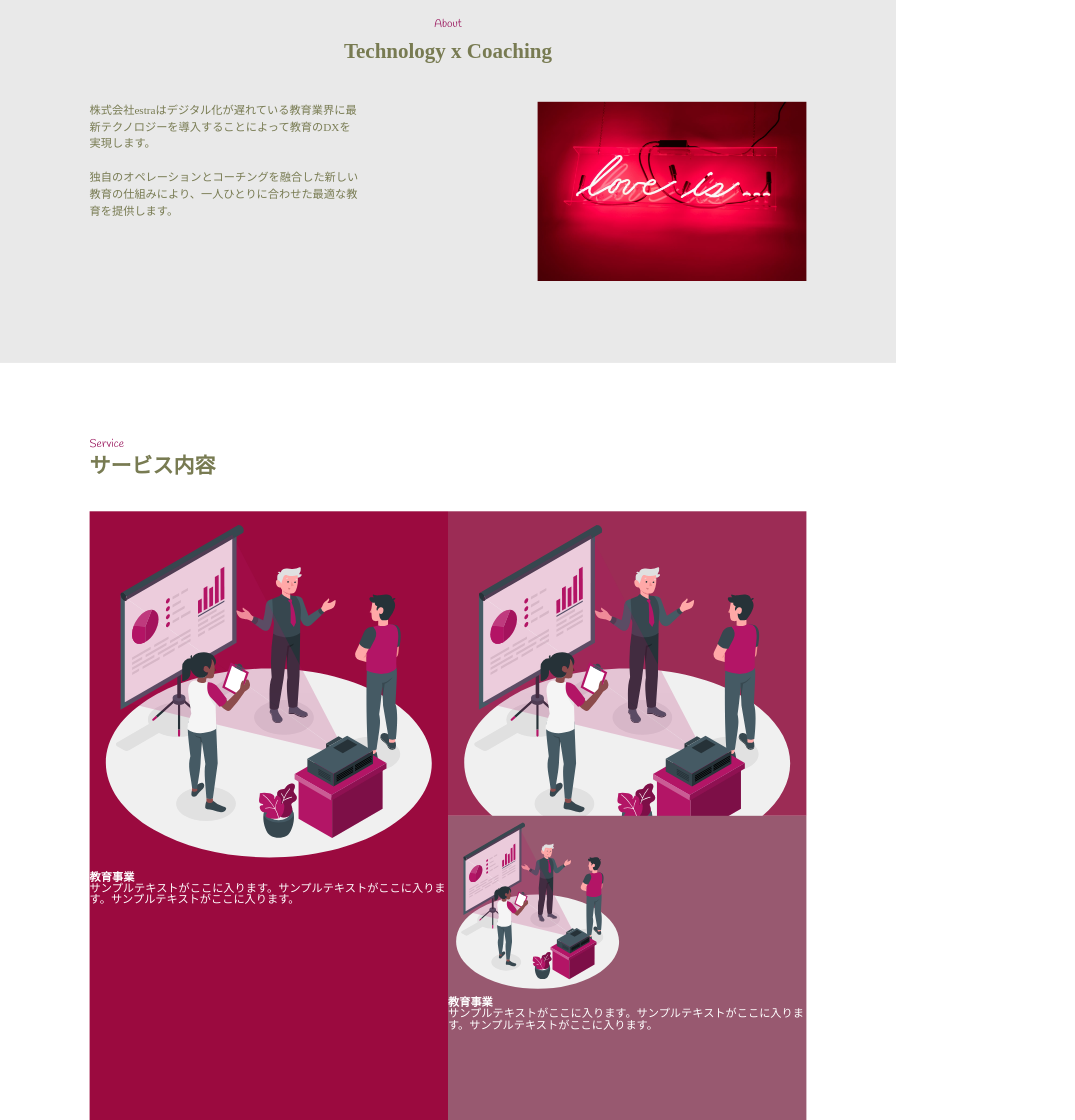
Repository: masanarimiura/20220504miura
Page: index.html
An editor plug-in stored every save of this project. The page is shown before and after the next save, followed by the edit.
The browser window is 1280 px wide. The page is 1536 px wide, so the pictures cover 1536 px, including what lies to the right of the window. The pictures show the part of the page from y = 1189 to 2789 px (the page is 2789 px tall), at 70% of full size.
Some web fonts or font styles are not loaded; a fallback is used.

Above is the page before, as saved 2022-05-04 22:10:46.

### index.html
<!DOCTYPE html>
<html lang="ja">

<head>
  <meta charset="UTF-8">
  <meta http-equiv="X-UA-Compatible" content="IE=edge">
  <meta name="viewport" content="width=device-width, initial-scale=1.0">
  <title>20220504miura</title>
  <link rel="stylesheet" href="css/reset.css">
  <link rel="stylesheet" href="css/style.css">
  <link rel="preconnect" href="https://fonts.googleapis.com">
  <link rel="preconnect" href="https://fonts.gstatic.com" crossorigin>
  <link href="https://fonts.googleapis.com/css2?family=Gochi+Hand&display=swap" rel="stylesheet">
  <link rel="preconnect" href="https://fonts.googleapis.com">
  <link rel="preconnect" href="https://fonts.gstatic.com" crossorigin>
  <link href="https://fonts.googleapis.com/css2?family=Handlee&display=swap" rel="stylesheet">
</head>

<header class="header">
  <div class="header-inner">
    <div class="header-logo">
      <a href="">ssssssss
        <img src="img/estra_logo.png" alt="">
      </a>
    </div>
    <nav class="header-nav">
      <ul class="header-nav-list">
        <li class="header-nav-item"><a href="" class="header-nav-link">
            News
          </a></li>
        <li class="header-nav-item"><a href="" class="header-nav-link">
            About
          </a></li>
        <li class="header-nav-item"><a href="" class="header-nav-link">
            Service
          </a></li>
        <li class="header-nav-item"><a href="" class="header-nav-link">
            Blog
          </a></li>
        <li class="header-nav-item"><a href="" class="header-nav-link">
            Company
          </a></li>
        <li class="header-nav-item"><a href="" class="header-nav-link">
            Contact
          </a></li>
      </ul>
    </nav>
  </div>
</header>
<div class="firstview">
  <img src="img/firstview.jpg" alt="">
  <div class="firstview-inner">
    <h2 class="firstview-ttl">
      Commit to the <span class="firstview-text-emphasis">growth</span> <br>for everone
    </h2>
    <div class="firstview">
      <p class="firstview-text">
        全ての人の<span class="firstview-text-emphasis">成長</span>にコミットする
      </p>
      <p class="firstview-en">
        Educational Technology Company <br>estra inc 2019
      </p>
    </div>
  </div>
</div>
<div class="news">
  <p class="news-icon icon">News</p>
  <h2 class="news-ttl">新着情報
  </h2>
  <table class="news-table">
    <tr class="news-table-tr">
      <td class="news-table-date">2021/01/01</td>
      <td class="news-table-news">ニュース</td>
      <td class="news-table-text">COACHTECHのサービスが開始されました。</td>
    </tr>
    <tr class="news-table-tr">
      <td class="news-table-date">2021/01/01</td>
      <td class="news-table-news">ニュース</td>
      <td class="news-table-text">COACHTECHのサービスが開始されました。</td>
    </tr>
    <tr class="news-table-tr">
      <td class="news-table-date">2021/01/01</td>
      <td class="news-table-news">ニュース</td>
      <td class="news-table-text">COACHTECHのサービスが開始されました。</td>
    </tr>
    <tr class="news-table-tr">
      <td class="news-table-date">2021/01/01</td>
      <td class="news-table-news">ニュース</td>
      <td class="news-table-text">COACHTECHのサービスが開始されました。</td>
    </tr>
    <tr class="news-table-tr">
      <td class="news-table-date">2021/01/01</td>
      <td class="news-table-news">ニュース</td>
      <td class="news-table-text">COACHTECHのサービスが開始されました。</td>
    </tr>
  </table>
</div>
<div class="about">
  <div class="about-top">
    <div class="about-icon icon">About</div>
    <h2 class="about-ttl">Technology x Coaching</h2>
  </div>
  <div class="about-inner">
    <div class="about-text">
      <p class="about-text-content">
        株式会社estraはデジタル化が遅れている教育業界に最新テクノロジーを導入することによって教育のDXを実現します。　<br><br>
        独自のオペレーションとコーチングを融合した新しい教育の仕組みにより、一人ひとりに合わせた最適な教育を提供します。
      </p>
    </div>
    <img src="img/about.jpg" alt="">
  </div>
</div>
<div class="service">
  <div class="service-top">
    <div class="service-icon icon">Service</div>
    <h2 class="service-ttl">サービス内容</h2>
  </div>
  <div class="service-box">
    <div class="service-box1">
      <img src="img/service__first.svg" alt="" class="service-img">
      <h3 class="service-box-ttl1">教育事業</h3>
      <p class="service-box-text1">サンプルテキストがここに入ります。サンプルテキストがここに入ります。サンプルテキストがここに入ります。</p>
    </div>
    <div class="service-box2">
      <img src="img/service__first.svg" alt="" class="service-img">
      <h3 class="service-box-ttl2">教育事業</h3>
      <p class="service-box-text2">サンプルテキストがここに入ります。サンプルテキストがここに入ります。サンプルテキストがここに入ります。</p>
    </div>
    <div class="service-box3">
      <img src="img/service__first.svg" alt="" class="service-img">
      <h3 class="service-box-ttl3">教育事業</h3>
      <p class="service-box-text3">サンプルテキストがここに入ります。サンプルテキストがここに入ります。サンプルテキストがここに入ります。</p>
    </div>
  </div>
</div>

<body>

</body>

</html>

### css/style.css
* {
  color: rgb(120, 123, 82);
}
a {
  text-decoration: none;
  color: inherit;
}
.header {
  width: 100%;
}
.header-inner {
  display: flex;
  justify-content: space-between;
  margin: 10px 20px;
}
.header img {
  width: 100px;
}
.header-nav {
  margin: 10px 20px;
}
.header-nav-list {
  display: flex;
  justify-content: center;
}
.header-nav-item:not(:last-child) {
  padding-right: 20px;
}
.firstview {
  width: 100%;
  position: relative;
}
.firstview-inner {
  position: absolute;
  top: 20%;
  left: 20%;
  width: 100%;
}
.firstview img {
  width: 60%;
  margin: 0 0 0 auto;
  display: block;
}
.firstview-ttl {
  color: rgb(119, 21, 70);
  font-size: 50px;
  font-family: "Gochi Hand", cursive;
  line-height: 1.5;
}
.firstview-text {
  color: rgb(119, 21, 70);
  font-size: 20px;
  margin-top: 30px;
}
.firstview-en {
  line-height: 1.5;
  margin-top: 10px;
}
.firstview-text-emphasis {
  color: rgb(32, 134, 172);
  font-weight: bold;
}
.news {
  margin: 100px auto 0;
  width: 60%;
}
.icon {
  color: rgb(153, 21, 92);
  font-family: "Handlee", cursive;
  line-height: 2;
}
.news-ttl {
  font-size: 30px;
  color: rgb(114, 110, 95);
}
.news-table {
  align-items: center;
  border-top: 2px solid rgb(114, 110, 95);
  border-bottom: 2px solid rgb(114, 110, 95);
  margin-top: 20px;
}
.news-table-tr {
  border-bottom: 1px solid rgb(182, 177, 160);
  padding: 30px 0;
}
.news-table-tr td {
  padding: 20px 20px 20px 0;
}
.news-table-news {
  background-color: brown;
  display: inline-block;
  padding: 1px 1px;
  border-radius: 6px;
  margin: 0 0;
  text-align: center;
  align-items: center;
  color: #fff;
}
.about {
  width: 100%;
  background-color: rgb(233, 233, 233);
  margin-top: 100px;
  line-height: 1.5;
  height: 500px;
  padding: 50px 0 20px;
}
.about-top {
  text-align: center;
  margin: 20px;
}
.about-ttl {
  font-size: 30px;
  margin-bottom: 50px;
}
.about-inner {
  display: flex;
  justify-content: space-around;
}
.about-text {
  width: 30%;
}
.about-inner img {
  width: 30%;
}
.service {
  width: 80%;
  margin: 100px auto 0;
}
.service-top {
  margin-bottom: 50px;
}
.service-ttl {
  font-size: 30px;
}
.service-box {
  display: grid;
  grid-template-rows: 50% 50%;
  grid-template-columns: 50% 50%;
}
.service-box1,
.service-box2,
.service-box3 img {
  width: 50%;
}
.service-box1 {
  grid-column: 1/2;
  grid-row: 1/3;
  background-color: rgb(155, 10, 63);
  width: 100%;
}
.service-box-ttl1,
.service-box-ttl2,
.service-box-ttl3,
.service-box-text1,
.service-box-text2,
.service-box-text3 {
  color: #fff;
}
.service-box2 {
  grid-column: 2/3;
  grid-row: 1/2;
  background-color: rgb(156, 44, 85);
  width: 100%;
}
.service-box3 {
  grid-column: 2/3;
  grid-row: 2/3;
  background-color: rgb(152, 89, 112);
  width: 100%;
}

Loaded but not shown: css/reset.css (common file)

After the next save:
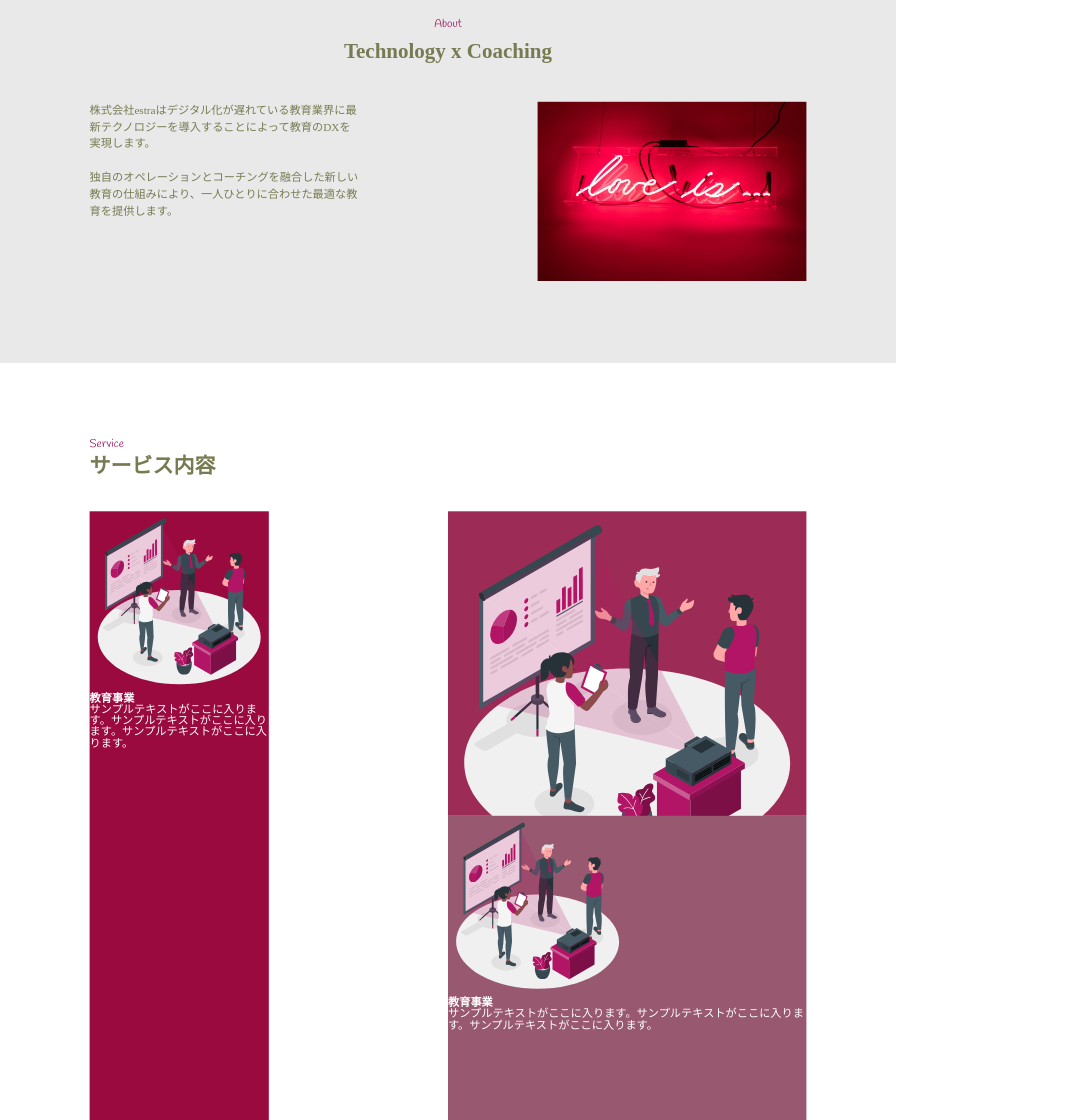
Saved 13 s later.
--- a/css/style.css
+++ b/css/style.css
@@ -146,7 +146,7 @@
   grid-column: 1/2;
   grid-row: 1/3;
   background-color: rgb(155, 10, 63);
-  width: 100%;
+  width: ;
 }
 .service-box-ttl1,
 .service-box-ttl2,

After the save that followed:
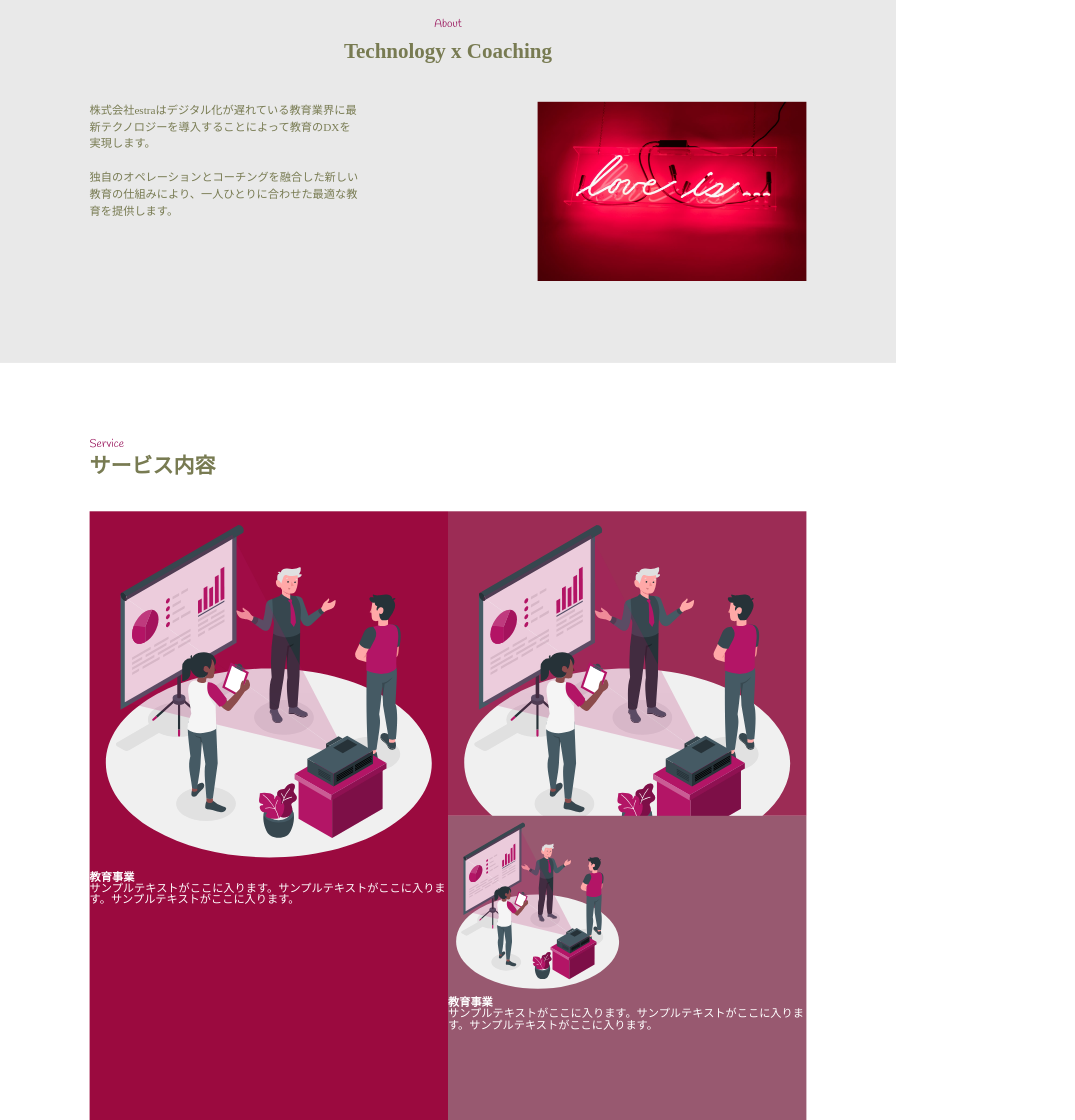
Saved 8 s later.
--- a/css/style.css
+++ b/css/style.css
@@ -146,7 +146,7 @@
   grid-column: 1/2;
   grid-row: 1/3;
   background-color: rgb(155, 10, 63);
-  width: ;
+  width: 100%;
 }
 .service-box-ttl1,
 .service-box-ttl2,
